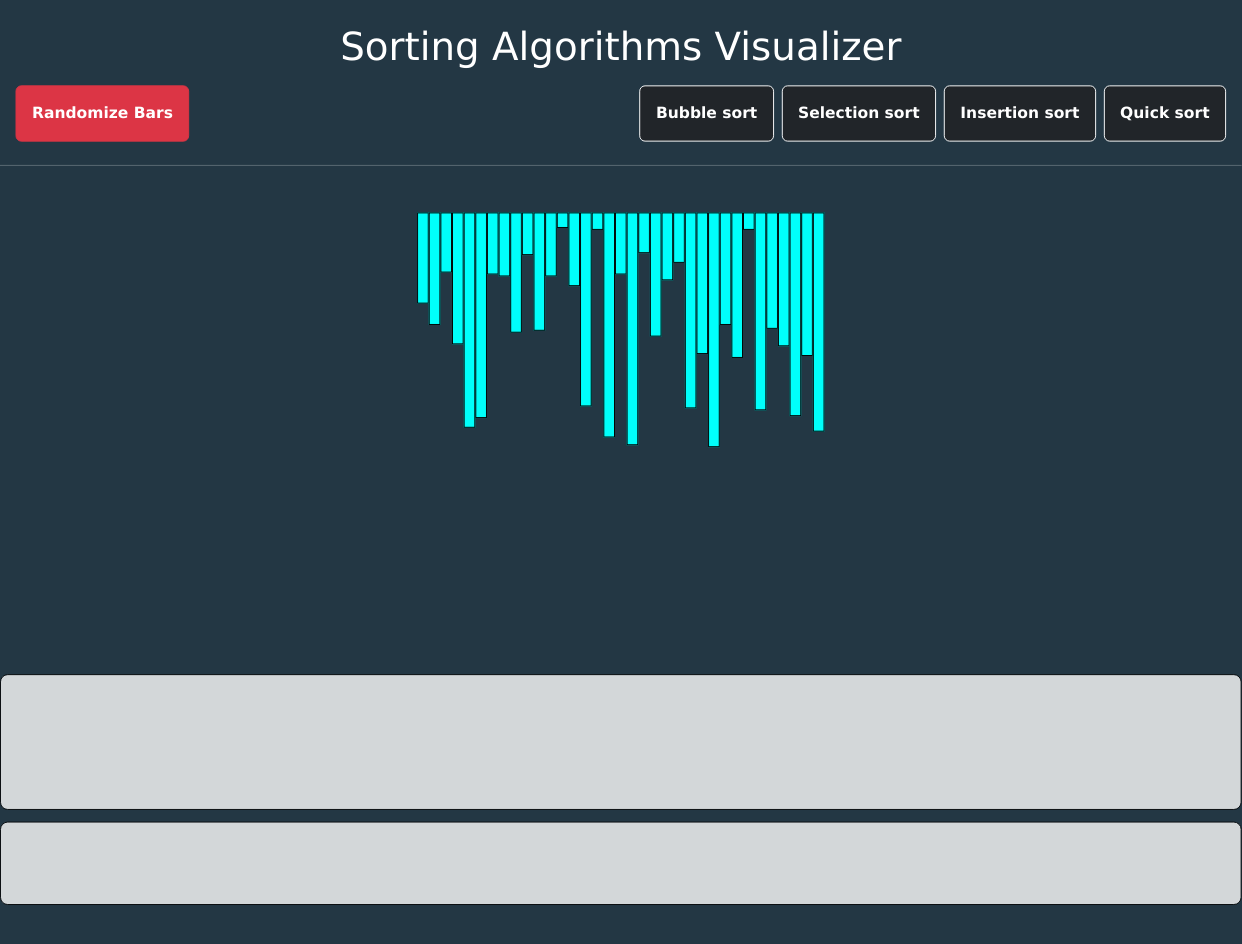
Repository: Vasil1001/Sorting-Algorithms-Visualizer-js
Page: views/index.html
These files come from the project's save history. The page is drawn as it stood at one moment and after the next save; the edit follows.
The browser window is 1280 px wide. The pictures show the whole page, at 97% of full size.

Above is the page before, as saved 2022-11-05 15:48:38.

### views/index.html
<!doctype html>
<html lang="en">

<head>
  <meta charset="utf-8">
  <meta name="viewport" content="width=device-width, initial-scale=1">

  <title>Sorting Algorithms Visualizer</title>

  <!-- Import css & bootstrap-->
  <link href="https://cdn.jsdelivr.net/npm/bootstrap@5.2.2/dist/css/bootstrap.min.css" rel="stylesheet"
    integrity="sha384-Zenh87qX5JnK2Jl0vWa8Ck2rdkQ2Bzep5IDxbcnCeuOxjzrPF/et3URy9Bv1WTRi" crossorigin="anonymous">
  <link rel="stylesheet" href="/css/base.css">

</head>

<body>

  <h1 align="center" class="mt-4">Sorting Algorithms Visualizer</h1>

  <nav class="navbar navbar-expand-lg">

    <div class="container-fluid">
      <button type="button" class="btn btn-danger mx-1 p-3 " id="new_array" style="color: white;"><b>Randomize Bars </b>
      </button>
      <ul class="navbar-nav">
        <li class="nav-item">
          <button type="button" class="btn btn-dark border-light mx-1 p-3 " id="bubble_sort"
            style="color: white;"><b>Bubble sort</b> </button>
        </li>
        <li class="nav-item">
          <button type="button" class="btn btn-dark border-light mx-1 p-3 " id="selection_sort"
            style="color: rgb(255, 255, 255);">
            <b>Selection sort</b></button>
        </li>
        <li class="nav-item">
          <button type="button" class="btn btn-dark border-light mx-1 p-3 " id="insertion_sort" style="color: white;">
            <b>Insertion sort</b></button>
        </li>
        <li class="nav-item">
          <button type="button" class="btn btn-dark border-light mx-1 p-3 " id="quick_sort" style="color: white;">
            <b>Quick sort</b></button>
        </li>

      </ul>
    </div>
  </nav>

  <hr style="color: white;">

  <h3 align="center" class="mt-4" id="algorithm_running"></h1>

  <div id="bars" class="bars flex-container p-4"></div>

  <div id="boxes" style="margin-bottom: 40px;>

    <div id="leftbox">
      <div id="box1">
        <h5>TIME COMPLEXITY</h5>
        <div>
          <h5>Worst case: </h5>
          <h5 id="worst_time"></h5>
        </div>
        <div>
          <h5>Average case: </h5>
          <h5 id="average_time"></h5>
        </div>
        <div>
          <h5>Best case: </h5>
          <h5 id="best_time"></h5>
        </div>

      </div>

      <div id="box2">

        <h5>SPACE COMPLEXITY</h5>
        <div>
          <h5>Worst case:</h5>
          <h5 id="space_complexity"></h5>
        </div>
      </div>
    </div>

  </div>


  <!-- Import css & bootstrap-->
  <script src="https://cdn.jsdelivr.net/npm/bootstrap@5.2.2/dist/js/bootstrap.bundle.min.js"
    integrity="sha384-OERcA2EqjJCMA+/3y+gxIOqMEjwtxJY7qPCqsdltbNJuaOe923+mo//f6V8Qbsw3"
    crossorigin="anonymous"></script>

  <script src="/sort_algos_js_files/index.js"></script>

  <script src="/sort_algos_js_files/bubble.js"></script>
  <script src="/sort_algos_js_files/selection.js"></script>
  <script src="/sort_algos_js_files/insertion.js"></script>
  <script src="/sort_algos_js_files/quicksort.js"></script>


</body>

</html>

### css/base.css
body {
    background-color: rgb(35, 55, 68);
    color:white;
    font-size: 18px;
    font-family: 'Lucida Sans', 'Lucida Sans Regular', 'Lucida Grande', 'Lucida Sans Unicode', Geneva, Verdana, sans-serif;
}

.flex-container{
    margin-top: 1px;
    display: flex;
    flex-wrap: nowrap;
    justify-content: center;
    transition: 1.5s all ease;
    width: 100%;
    height: 500px;

}

/* STYLING FOR THE BARS */
.flex-item{
    background: rgb(0, 255, 251);
    border: 1pt solid black;
    width: 12px;
    transition: 0.1s all ease;
}

#leftbox {
    float:left;
    color: black;
    padding: 16px;
}

#box1, #box2 {
    background:white;
    opacity: 0.8;
    border: 1pt solid black;
    border-radius: 8px;
    padding: 15px;
    margin-bottom: 12px;
}

h5 {
    display: inline;
}

### sort_algos_js_files/index.js
let random_array_100 = [];
createBarArray();

function createBarArray() {
    // replace array
    deletePreviousArray()

    // Array to store randomly generated numbers
    random_array_100 = [];
    var numberOfBars = 0;
    let l = 35;

    // get a random number and add it to the array until there are 100 in array
    for (numberOfBars = 0; numberOfBars < l; numberOfBars++) {
        random_array_100.push(Math.round(Math.random() * l * 3.5));
    }
    // print 100 random numbers of the array
    console.log(random_array_100);


    // select the div #bars element
    const bars = document.querySelector("#bars");
    // make bars with height from random array numbers
    for (let i = 0; i < random_array_100.length; i++) {
        // create div bar for each number in the array
        const bar = document.createElement("div");
        bar.style.height = `${random_array_100[i] * 2}px`;
        bar.classList.add('bar');
        bar.classList.add('flex-item');
        bar.classList.add(`barNo${i}`);
        bars.appendChild(bar);
    }
}

function deletePreviousArray() {
    const bar = document.querySelector("#bars");
    bar.innerHTML = '';
}

document.getElementById("new_array").addEventListener("click", function () {
    createBarArray();
});

function swap(element1, element2) {
    //https://www.geeksforgeeks.org/bubble-sort/
    let temp = element1.style.height;
    element1.style.height = element2.style.height;
    element2.style.height = temp;
}

// disable all the buttons or if button is pressed again algo will bug out
function disableButtonsOnSortRun() {
    document.getElementById("new_array").disabled = true;

    document.getElementById("bubble_sort").disabled = true;
    document.getElementById("selection_sort").disabled = true;
    document.getElementById("insertion_sort").disabled = true;
    document.getElementById("quick_sort").disabled = true;
}

function enableButtonsAfterSortRun() {
    document.getElementById("new_array").disabled = false;

    document.getElementById("bubble_sort").disabled = false;
    document.getElementById("selection_sort").disabled = false;
    document.getElementById("insertion_sort").disabled = false;
    document.getElementById("quick_sort").disabled = false;
}

### sort_algos_js_files/bubble.js
async function bubbleSort() {

    // Algo name
    document.getElementById("algorithm_running").innerText = "Bubble Sort";

    //Setting Time complexities
    document.getElementById("worst_time").innerText = "O(N^2)";
    document.getElementById("average_time").innerText = "Θ(N^2)";
    document.getElementById("best_time").innerText = "Ω(N)";

    //Setting Space complexity
    document.getElementById("space_complexity").innerText = "O(1)";

    console.log('bubble sort clicked');
    // get the bars from index
    const barsArray = document.querySelectorAll(".bar");

    for (let i = 0; i < barsArray.length - 1; i++) {
        console.log("In first i loop");

        for (j = 0; j < barsArray.length - i - 1; j++) {
            console.log("In j loop");
            barsArray[j].style.background = 'blue';
            barsArray[j + 1].style.background = 'blue';

            if (parseInt(barsArray[j].style.height) > parseInt(barsArray[j + 1].style.height)) {
                console.log("If barsArray 1 > barsArray 2 swap them");
                await new Promise(r => setTimeout(r, 50));
                swap(barsArray[j], barsArray[j + 1]);
            }
            barsArray[j].style.background = 'cyan';
            barsArray[j + 1].style.background = 'cyan';
        }
        barsArray[barsArray.length - 1 - i].style.background = 'pink';
    }
    barsArray[0].style.background = 'pink';
}


document.getElementById("bubble_sort").addEventListener("click", async function () {
    disableButtonsOnSortRun();
    await bubbleSort();
    enableButtonsAfterSortRun();

});

### sort_algos_js_files/selection.js
async function selectionSort() {

    // Algo name
    document.getElementById("algorithm_running").innerText = "Selection Sort";

    //Setting Time complexities
    document.getElementById("worst_time").innerText = "O(N^2)";
    document.getElementById("average_time").innerText = "Θ(N^2)";
    document.getElementById("best_time").innerText = "Ω(N^2)";

    //Setting Space complexity
    document.getElementById("space_complexity").innerText = "O(1)";

    console.log('bubble sort clicked');
    // get the bars from index
    const barsArray = document.querySelectorAll(".bar");

    // One by one move boundary of unsorted subarray
    for (let i = 0; i < barsArray.length; i++) {
        console.log("In first i loop");
        // Find the minimum barsArray in unsorted array
        let min_idx = i;
        //mark the smallest height in blue bar
        barsArray[i].style.background = 'blue';

        for (let j = i + 1; j < barsArray.length; j++) {
            console.log("In j loop");
            // Change color for the current comparision (in consideration for min_index)
            barsArray[j].style.background = 'red';

            await new Promise(r => setTimeout(r, 50));
            if (parseInt(barsArray[j].style.height) < parseInt(barsArray[min_idx].style.height)) {
                console.log("If barsArray 1 < current smallest barsArray change current smalest");
                if (min_idx !== i) {
                    //  there is a new minimum so change last to normal cyan
                    barsArray[min_idx].style.background = 'cyan';
                }
                min_idx = j;
            }
            else {
                barsArray[j].style.background = 'cyan';
            }
        }
        await new Promise(r => setTimeout(r, 50));
        swap(barsArray[min_idx], barsArray[i]);

        // color mid index blue after reset as it has been swapped
        barsArray[min_idx].style.background = 'cyan';

        // change the sorted bar color to green
        barsArray[i].style.background = 'green';
    }
}


document.getElementById("selection_sort").addEventListener("click", async function () {
    disableButtonsOnSortRun();
    await selectionSort();
    enableButtonsAfterSortRun();

});

### sort_algos_js_files/insertion.js
async function insertionSort() {

    // Algo name
    document.getElementById("algorithm_running").innerText = "Insertion Sort";

    //Setting Time complexities
    document.getElementById("worst_time").innerText = "O(N^2)";
    document.getElementById("average_time").innerText = "Θ(N^2)";
    document.getElementById("best_time").innerText = "Ω(N)";

    //Setting Space complexity
    document.getElementById("space_complexity").innerText = "O(1)";

    console.log('insertion sort clicked');

    // get the bars from index
    const barsArray = document.querySelectorAll(".bar");
    barsArray[0].style.background = 'green';

    for (let i = 1; i < barsArray.length; i++) {
        console.log("In first i loop");

        let key = barsArray[i].style.height;
        let j = i - 1;

        barsArray[i].style.background = 'blue';

        await new Promise(r => setTimeout(r, 50));

        while (j >= 0 && (parseInt(barsArray[j].style.height) > parseInt(key))) {
            console.log("In j loop");
            barsArray[j].style.background = 'blue';
            barsArray[j + 1].style.height = barsArray[j].style.height;
            j--;

            await new Promise(r => setTimeout(r, 50));

            // color sorted side
            for (let k = i; k >= 0; k--) {
                barsArray[k].style.background = 'yellow';
            }
        }
        barsArray[j + 1].style.height = key;
        barsArray[i].style.background = 'yellow';

    }
}


document.getElementById("insertion_sort").addEventListener("click", async function () {
    disableButtonsOnSortRun();
    await insertionSort();
    enableButtonsAfterSortRun();

});

### sort_algos_js_files/quicksort.js
async function partition(barsArray, low, high) {
    let i = (low - 1);

    barsArray[high].style.background = 'red';

    for (let j = low; j <= high - 1; j++) {
        barsArray[j].style.background = 'yellow';

        await new Promise(r => setTimeout(r, 50));

        if (parseInt(barsArray[j].style.height) < parseInt(barsArray[high].style.height)) {
            i++;
            swap(barsArray[i], barsArray[j]);

            barsArray[i].style.background = 'orange';
            await new Promise(r => setTimeout(r, 50));
        } else {
            // color if not less than pivot
            barsArray[j].style.background = 'blue';
        }
    }
    i++;
    await new Promise(r => setTimeout(r, 50));
    swap(barsArray[i], barsArray[high])

    barsArray[high].style.background = 'blue';
    barsArray[low].style.background = 'green';

    await new Promise(r => setTimeout(r, 50));

    // color
    for (let k = 0; k < barsArray.length; k++) {
        if (barsArray[k].style.background != 'green')
            barsArray[k].style.background = 'green';
    }
    return i;
}

async function quickSort(barsArray, low, high) {
    // Algo name
    document.getElementById("algorithm_running").innerText = "Quick Sort";

    //Setting Time complexities
    document.getElementById("worst_time").innerText = "O(N^2)";
    document.getElementById("average_time").innerText = "Θ(N log N)";
    document.getElementById("best_time").innerText = "Ω(N log N)";

    //Setting Space complexity
    document.getElementById("space_complexity").innerText = "O(log N)";


    if (low < high) {
        let pivot_index = await partition(barsArray, low, high);
        await quickSort(barsArray, low, pivot_index - 1);
        await quickSort(barsArray, pivot_index + 1, high);
    } else {
        if (low >= 0 && high >= 0 && low < barsArray.length && high < barsArray.length) {
            barsArray[high].style.background = 'green';
            barsArray[low].style.background = 'green';
        }
    }
}

document.getElementById("quick_sort").addEventListener("click", async function () {
    let barsArray = document.querySelectorAll('.bar');
    let low = 0;
    let high = barsArray.length - 1;

    disableButtonsOnSortRun();
    await quickSort(barsArray, low, high);
    enableButtonsAfterSortRun();
});

After the next save:
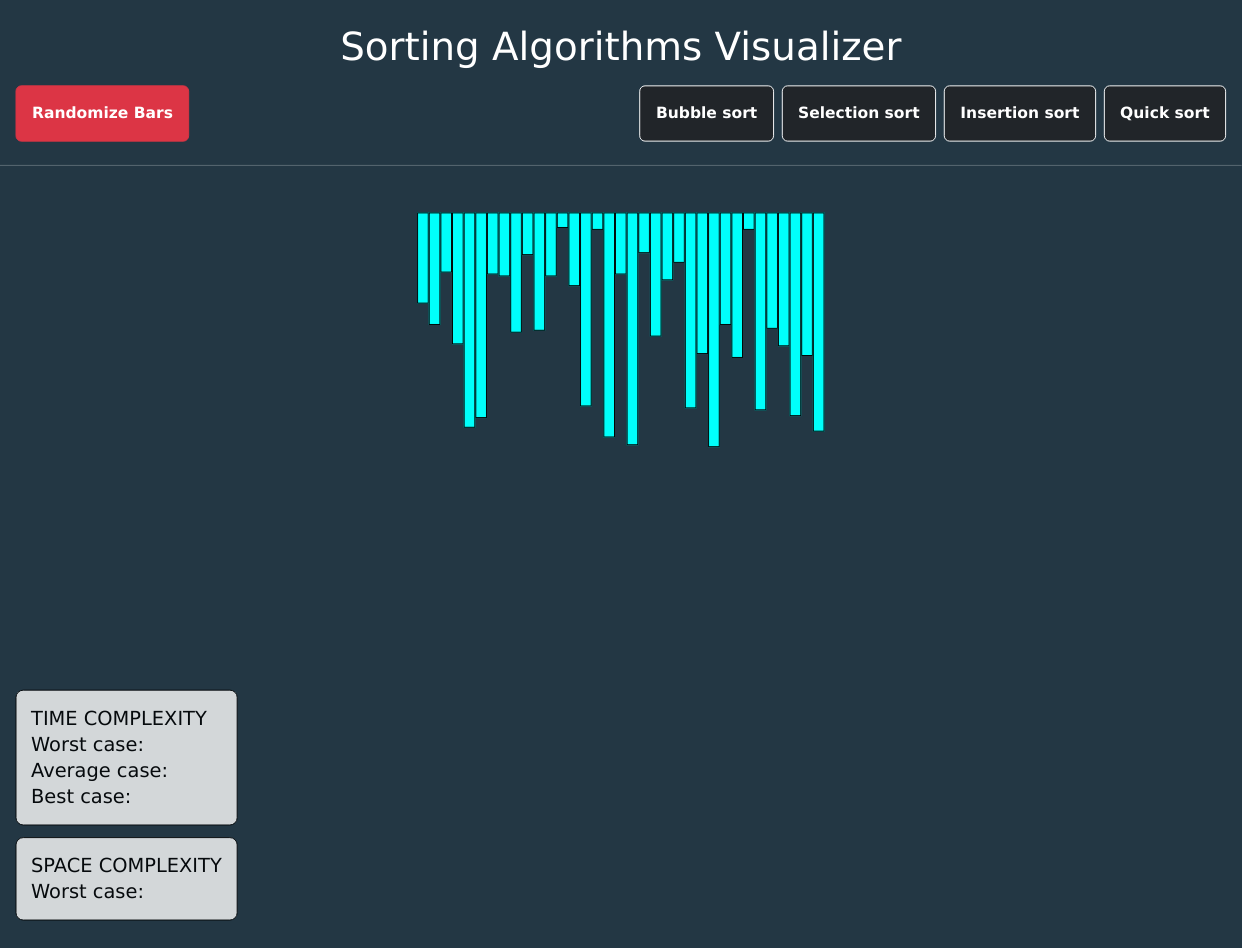
Saved 4 s later.
--- a/views/index.html
+++ b/views/index.html
@@ -52,7 +52,7 @@
 
   <div id="bars" class="bars flex-container p-4"></div>
 
-  <div id="boxes" style="margin-bottom: 40px;>
+  <div id="boxes" style="margin-bottom: 40px;"">
 
     <div id="leftbox">
       <div id="box1">
